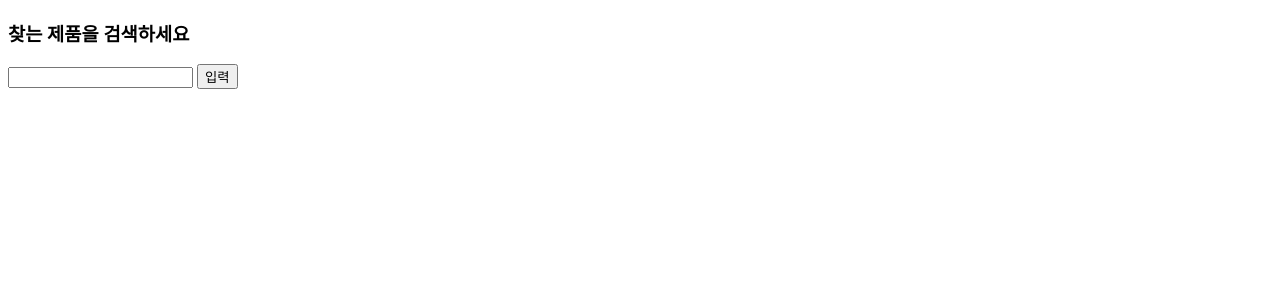
Repository: dkdud8140/OneDayProject_server
Page: http://localhost/Oneday_Server_food/insert/selectName
An editor plug-in stored every save of this project. The page is shown before and after the next save, followed by the edit.
The browser window is 1280 px wide. The pictures show the whole page.
The page is served by Tomcat 9. Other server files are loaded and not shown.

Above is the page before, as saved 2021-05-10 06:36:47.

### Oneday_Server_food/src/main/webapp/WEB-INF/view/selectName.jsp
<%@ page language="java" contentType="text/html; charset=UTF-8"
    pageEncoding="UTF-8"%>
<!DOCTYPE html>
<html>
<head>
<meta charset="UTF-8">
<title>제품 찾기</title>
</head>
<body>
	<h3>찾는 제품을 검색하세요</h3>
	<form action ="selectByName">
		<input name ="name">
		<button>입력</button>
	</form>



</body>
</html>

### Oneday_Server_food/src/main/java/com/com/food/controller/InsertController.java
package com.com.food.controller;

import java.io.IOException;
import java.io.PrintWriter;
import java.util.ArrayList;
import java.util.List;

import javax.servlet.RequestDispatcher;
import javax.servlet.ServletException;
import javax.servlet.annotation.WebServlet;
import javax.servlet.http.HttpServlet;
import javax.servlet.http.HttpServletRequest;
import javax.servlet.http.HttpServletResponse;

import com.com.food.model.FoodsDTO;
import com.com.food.model.MyFoodsVO;
import com.com.food.service.DBConnection;
import com.com.food.service.impl.FoodImplV1;

@WebServlet("/insert/*")
public class InsertController extends HttpServlet {

	private static final long serialVersionUID = -8552356740377606394L;

	public DBConnection dbConn;
	public FoodImplV1 fSer;

	public InsertController() {
		dbConn = new DBConnection();
		fSer = new FoodImplV1();
	}

	@Override
	protected void doGet(HttpServletRequest req, HttpServletResponse resp) throws ServletException, IOException {

		resp.setContentType("text/html;charset=UTF-8");
		String subPath = req.getPathInfo();

		if (subPath.equals("/selectName")) {

			RequestDispatcher rDis = req.getRequestDispatcher("/WEB-INF/view/selectName.jsp");
			rDis.forward(req, resp);


		}else if (subPath.equals("/selectByName")) {

			List<FoodsDTO> fList = new ArrayList<FoodsDTO>();

			String name = req.getParameter("name");
			fList = fSer.selectName(name);

			req.setAttribute("FLIST", fList);


		} else if (subPath.equals("/insert")) {

			RequestDispatcher rDis = req.getRequestDispatcher("/WEB-INF/view/insert.jsp");
			rDis.forward(req, resp);

		}
	}

	@Override
	protected void doPost(HttpServletRequest req, HttpServletResponse resp) throws ServletException, IOException {

		resp.setContentType("text/html;cahrset=UTF-8");
		req.setCharacterEncoding("UTF-8");

		String mf_date = req.getParameter("date");
		String mf_code = req.getParameter("code");
		String strEat = req.getParameter("eat");

		Integer mf_eat = Integer.valueOf(strEat);

		MyFoodsVO mfVO = new MyFoodsVO();

		mfVO.setMf_date(mf_date);
		mfVO.setMf_code(mf_code);
		mfVO.setMf_eat(mf_eat);
		int result = fSer.insert(mfVO);

		if (result > 0) {
			resp.sendRedirect("/");
		} else {
			PrintWriter out = resp.getWriter();
			out.println("입력값이 잘못되었습니다.");
			resp.sendRedirect("/diet");
		}

	}

}

After the next save:
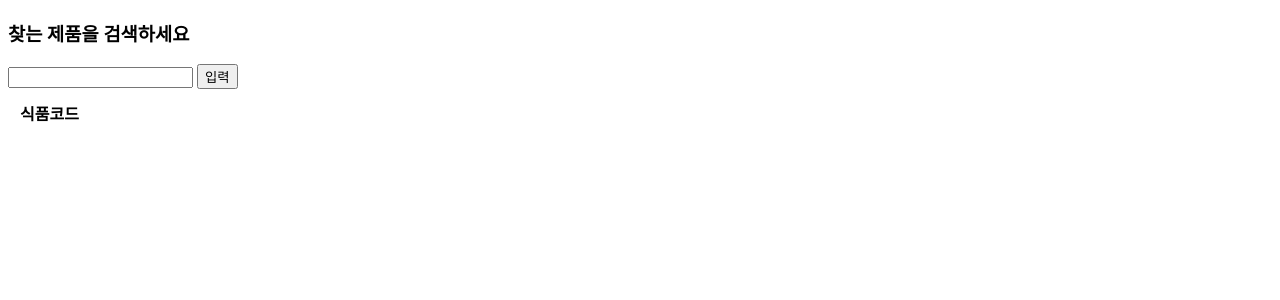
Saved 2 min 1 s later.
--- a/Oneday_Server_food/src/main/webapp/WEB-INF/view/selectName.jsp
+++ b/Oneday_Server_food/src/main/webapp/WEB-INF/view/selectName.jsp
@@ -5,6 +5,10 @@
 <head>
 <meta charset="UTF-8">
 <title>제품 찾기</title>
+
+<style>
+	th,td {padding : 10px;}
+</style>
 </head>
 <body>
 	<h3>찾는 제품을 검색하세요</h3>
@@ -13,6 +17,40 @@
 		<button>입력</button>
 	</form>
 
+	<table>
+		<thead>
+			<tr>
+				<th>식품코드</th>
+
+			</tr>
+		</thead>
+
+	</table>
+
+	<table>
+
+
+		<c:forEach items="${MFLIST}" var="MF">
+		<tbody>
+			<tr>
+				<th>${MF.mf_seq}</th>
+				<th>${MF.mf_date}</th>
+				<th>${MF.mf_code}</th>
+				<th>${MF.mf_name}</th>
+				<th>${MF.mf_eat}</th>
+				<th>${MF.mf_kcal}</th>
+				<th>${MF.mf_protein}</th>
+				<th>${MF.mf_fat}</th>
+				<th>${MF.mf_car}</th>
+				<th>${MF.mf_sugar}</th>
+			</tr>
+		</tbody>
+		</c:forEach>
+
+	</table>
+
+
+
 
 
 </body>
